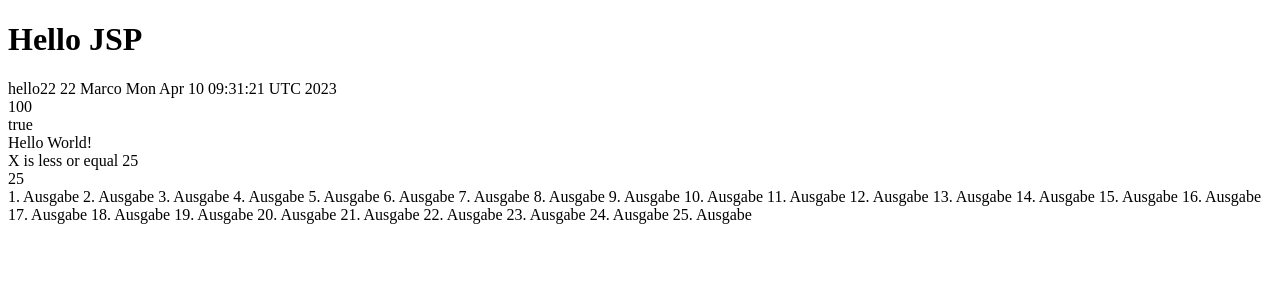
Repository: marcoscheuerer/Java_Enterprise
Page: http://localhost/S01L05_Hello_JSP/HelloJSP.jsp
An editor plug-in stored every save of this project. The page is shown before and after the next save, followed by the edit.
The browser window is 1280 px wide. The pictures show the whole page.
The page is served by Tomcat 9.

Above is the page before, as saved 2023-04-10 10:08:42.

After the next save:
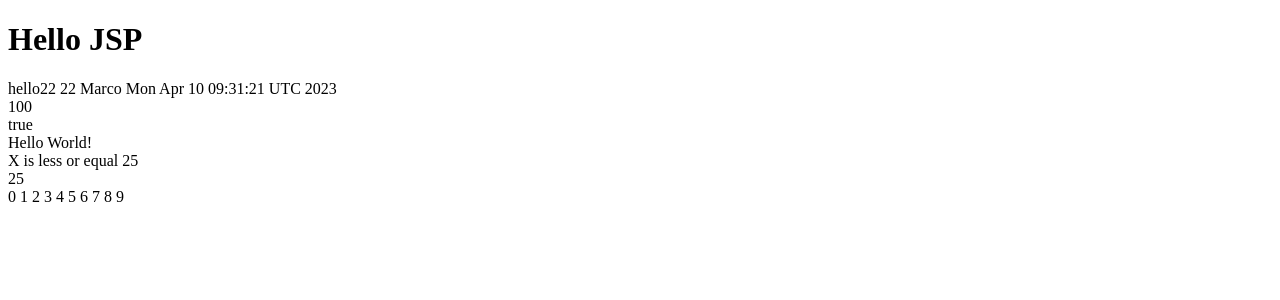
Saved 35 s later.
--- a/S01L05_Hello_JSP/src/main/webapp/HelloJSP.jsp
+++ b/S01L05_Hello_JSP/src/main/webapp/HelloJSP.jsp
@@ -33,8 +33,8 @@ if (x > 25) {
 <%= x %>
 <br />
 <%
-for (int i = 0; i < 25; i++)
-	out.println((i + 1) + ". Ausgabe ");
+for (int i = 0; i < 10; i++)
+	out.println(i + " ");
 %>
 
 </body>
